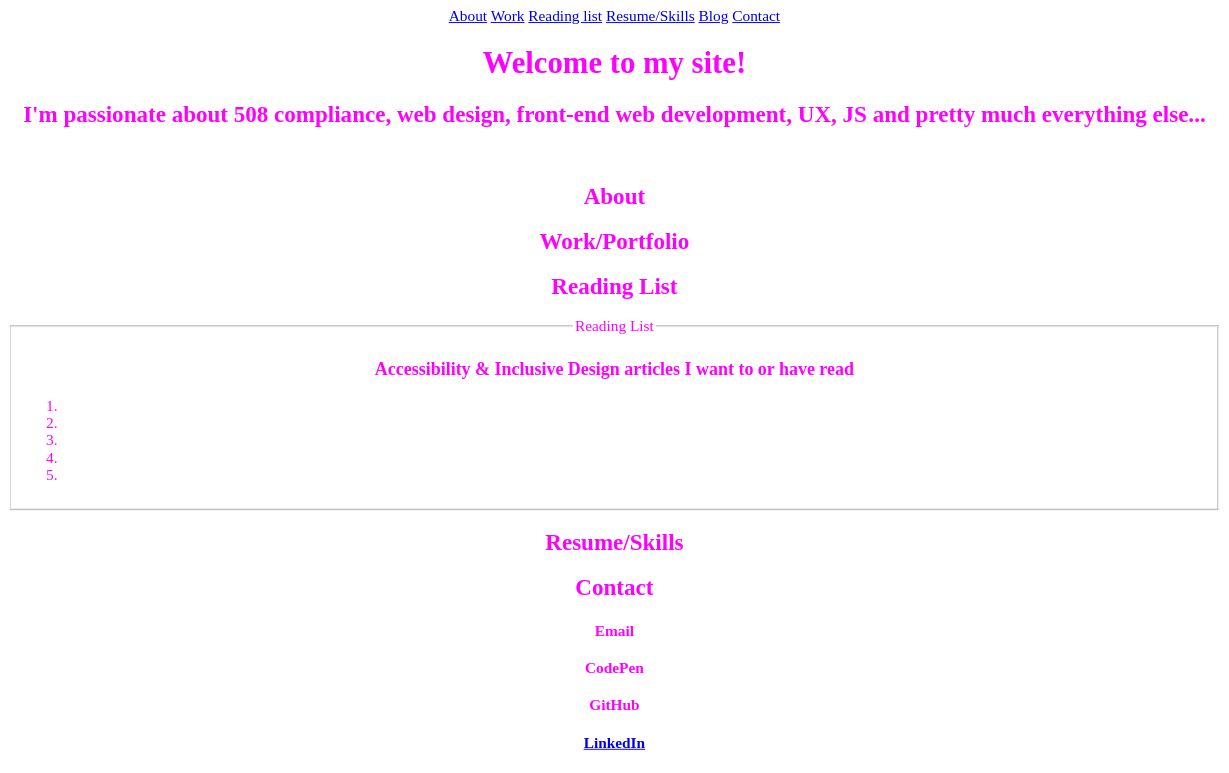
Repository: jasvr/jasvr.io
Page: index.html
The author's editor kept a copy of each file at every save. The page is drawn from the files as they stood at one save, then again after the next save.
The browser window is 1280 px wide. The pictures show the whole page, at 96% of full size.

Above is the page before, as saved 2020-01-20 13:46:02.

After the next save:
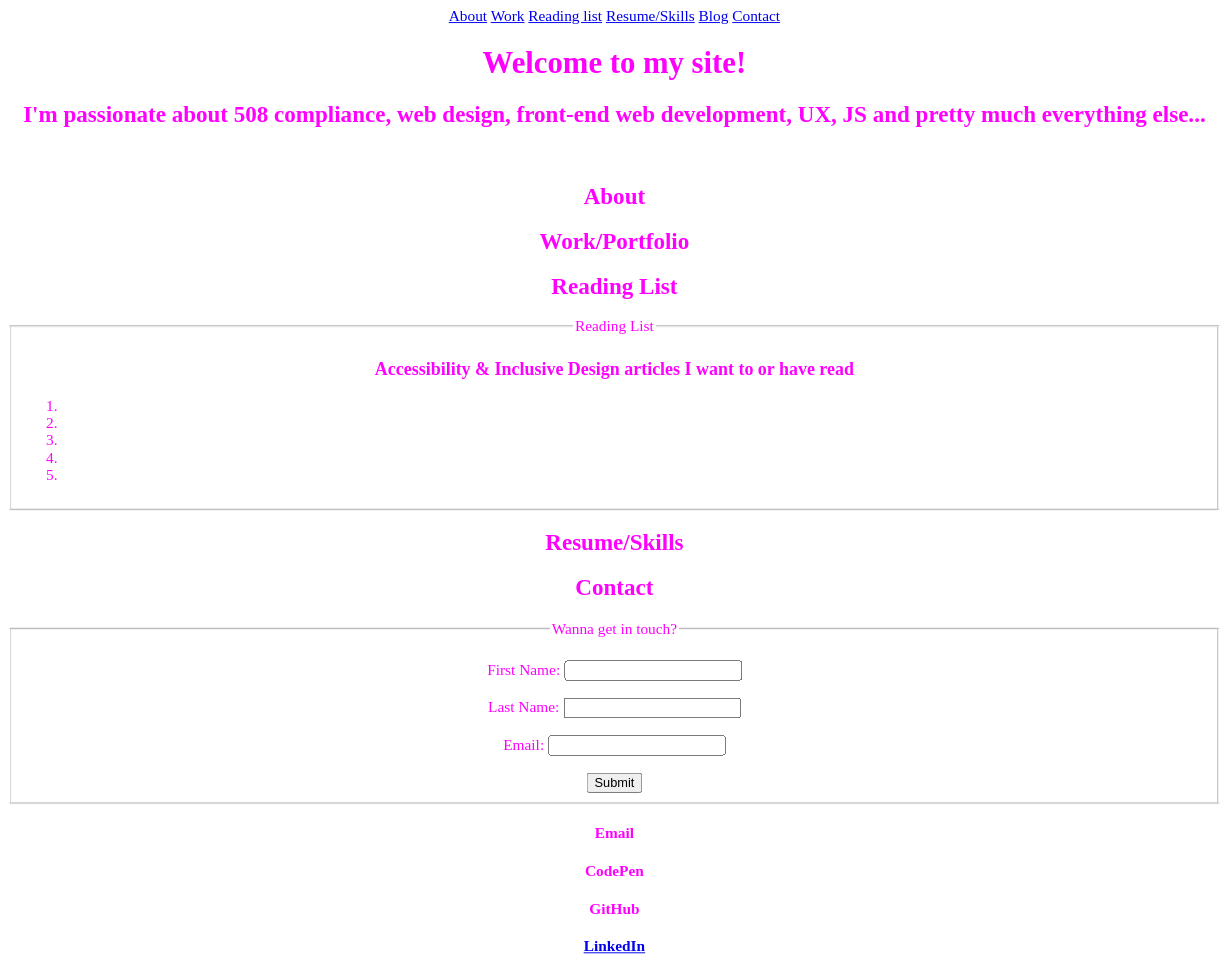
Saved 7 s later.
--- a/index.html
+++ b/index.html
@@ -39,6 +39,29 @@
     <h2>Resume/Skills</h2>
     <!-- <h2>Blog</h2> -->
     <h2>Contact</h2>
+    <fieldset>
+        <legend>Wanna get in touch?</legend>
+        <div>
+            <br>
+            <label for="firstname">First Name: </label>
+            <input type="text" name="firstname" />
+        </div>
+        <div>
+            <br>
+            <label for="lastname">Last Name: </label>
+            <input type="text" name="lastname" />
+        </div>
+        <div>
+            <br>
+            <label for="email">Email: </label>
+            <input type="text" name="email" />
+
+        </div>
+        <div>
+            <br>
+            <input type="submit" value="Submit">
+        </div>
+    </fieldset>
     <h4>Email</h4>
     <h4>CodePen</h4>
     <h4>GitHub</h4>
